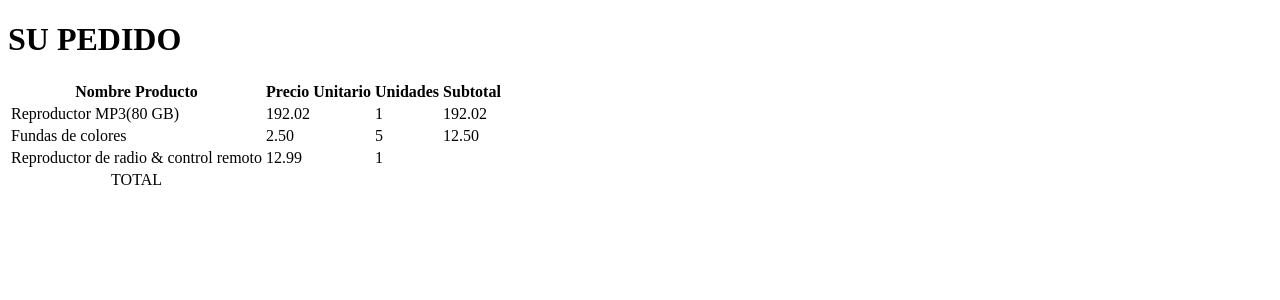
Repository: GonzaDelgado/JavaProjects
Page: modulo_html/WebContent/Tabla.html
An editor plug-in stored every save of this project. The page is shown before and after the next save, followed by the edit.
The browser window is 1280 px wide. The pictures show the whole page.

Above is the page before, as saved 2021-02-06 15:41:09.

After the next save:
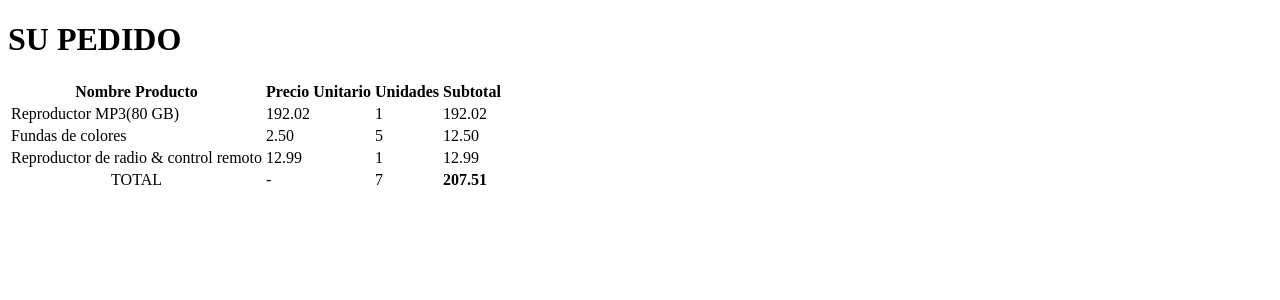
Saved 56 s later.
--- a/modulo_html/WebContent/Tabla.html
+++ b/modulo_html/WebContent/Tabla.html
@@ -29,13 +29,13 @@
 			<td> Reproductor de radio &amp; control remoto</td>
 			<td> 12.99</td>
 			<td> 1</td>
-			<td> </td>
+			<td> 12.99</td>
 		</tr>
 		<tr>
 			<td><center>TOTAL</center></td>
-			<td> </td>
-			<td> </td>
-			<td> </td>
+			<td>- </td>
+			<td> 7</td>
+			<td><strong>207.51</strong> </td>
 		</tr>
 
 
